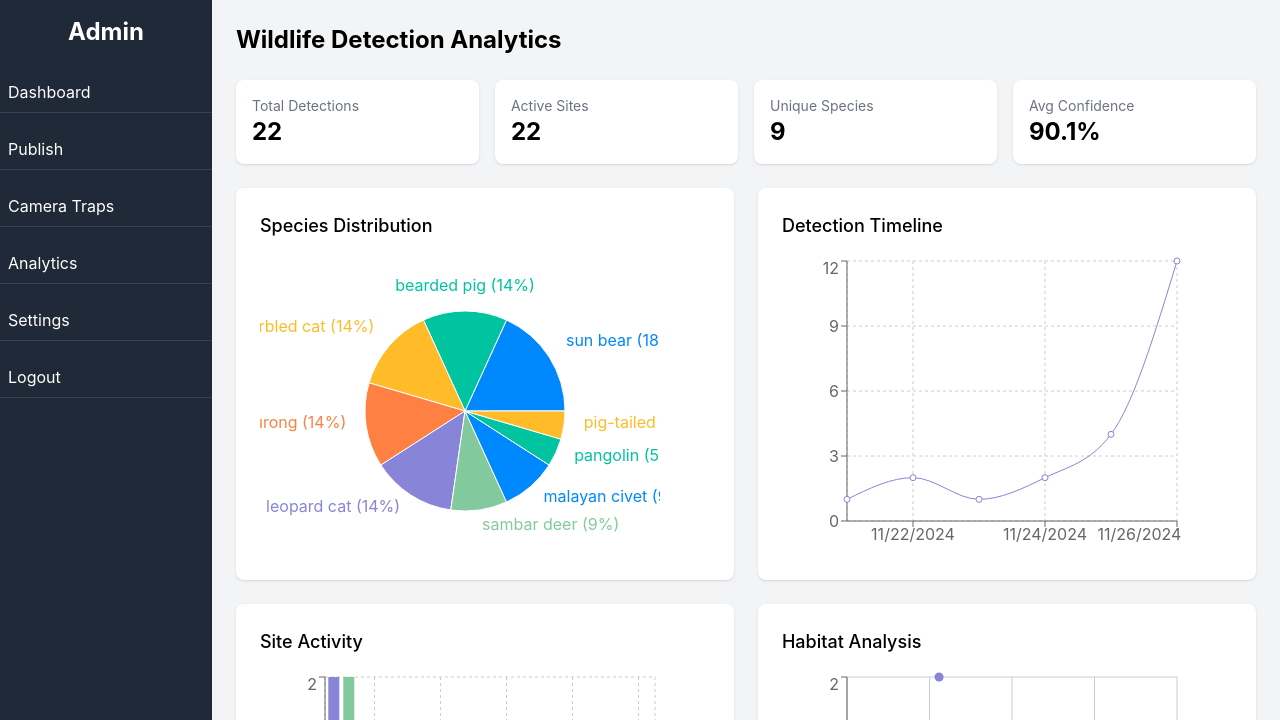
Repository: DominicMathew240/wildlife
Page: /pages/admin/dashboard/analytics
These files come from the project's save history. The page is drawn as it stood at one moment and after a run of saves; the edit follows.
The browser window is 1280 px wide. The pictures show the whole page.
An inner scrolling area shows only its first screen. Some web libraries are served in a nearby version. The project was rebuilt for these pictures with package versions that can differ from the ones it lists, and the page was loaded fresh each time. The framework's server and built-in components were replaced by stand-ins that run in the browser. Also part of the build but not shown: next.config.mjs.

Above is the page before, as saved 2024-11-25 23:58:04.

After the next 2 saves:
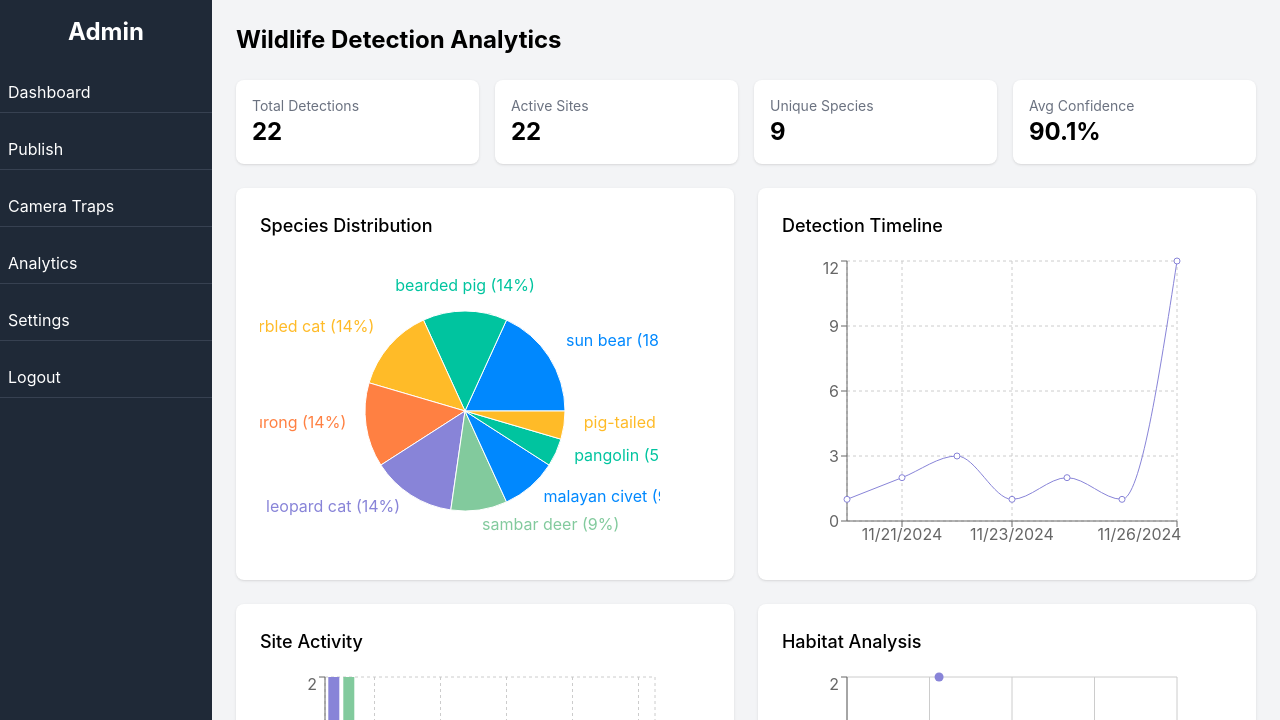
The 2 saves are shown as one change because they came seconds apart.
The last was saved 14 s later.
--- a/src/app/pages/admin/dashboard/analytics/page.js
+++ b/src/app/pages/admin/dashboard/analytics/page.js
@@ -16,10 +16,10 @@ export default function Analytics() {
     { site_id: '0002-D', species: 'binturong', confidence: 0.87, timestamp: '2024-11-22 18:45:33' },
     { site_id: '0003-A', species: 'sun bear', confidence: 0.91, timestamp: '2024-11-24 19:15:42' },
     { site_id: '0003-B', species: 'pangolin', confidence: 0.86, timestamp: '2024-11-24 20:1:18' },
-    { site_id: '0003-C', species: 'leopard cat', confidence: 0.93, timestamp: '2024-11-25 21:35:44' },
-    { site_id: '0003-D', species: 'leopard cat', confidence: 0.89, timestamp: '2024-11-25 22:45:12' },
-    { site_id: '0004-A', species: 'malayan civet', confidence: 0.90, timestamp: '2024-11-25 23:15:33' },
-    { site_id: '0004-B', species: 'pig-tailed macaque', confidence: 0.88, timestamp: '2024-11-26 00:25:42' },
+    { site_id: '0003-C', species: 'leopard cat', confidence: 0.93, timestamp: '2024-11-21 21:35:44' },
+    { site_id: '0003-D', species: 'leopard cat', confidence: 0.89, timestamp: '2024-11-21 22:45:12' },
+    { site_id: '0004-A', species: 'malayan civet', confidence: 0.90, timestamp: '2024-11-22 23:15:33' },
+    { site_id: '0004-B', species: 'pig-tailed macaque', confidence: 0.88, timestamp: '2024-11-26 00:23:42' },
     { site_id: '0004-C', species: 'sun bear', confidence: 0.92, timestamp: '2024-11-26 01:35:18' },
     { site_id: '0004-D', species: 'bearded pig', confidence: 0.94, timestamp: '2024-11-26 02:45:55' },
     { site_id: '0005-A', species: 'marbled cat', confidence: 0.87, timestamp: '2024-11-26 03:15:22' },
